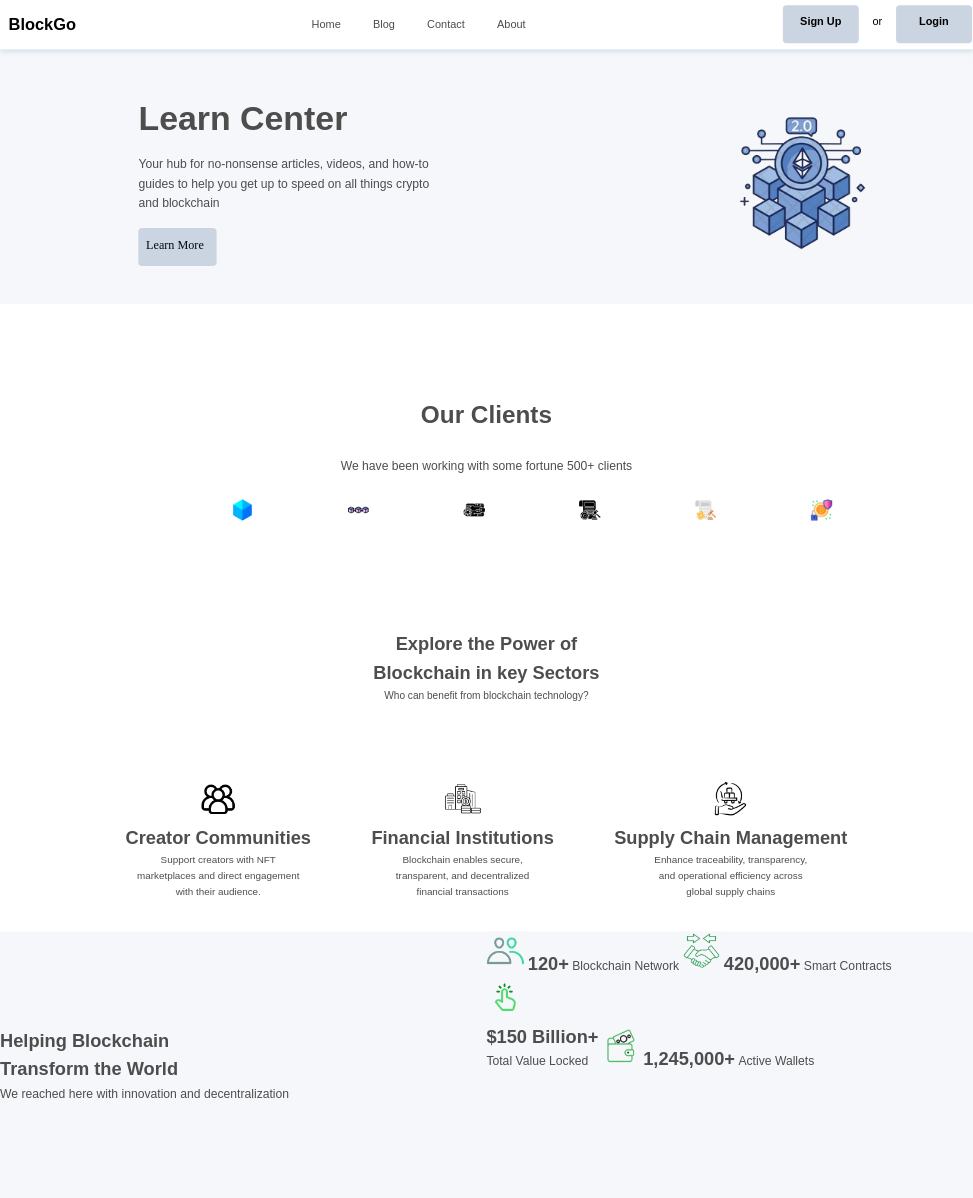
Repository: Tafsirul555/Assignment
Page: Assignment1.html
These files come from the project's save history. The page is drawn as it stood at one moment and after the next save; the edit follows.
The browser window is 1280 px wide. The pictures show the whole page, at 76% of full size.

Above is the page before, as saved 2025-06-09 01:58:57.

After the next save:
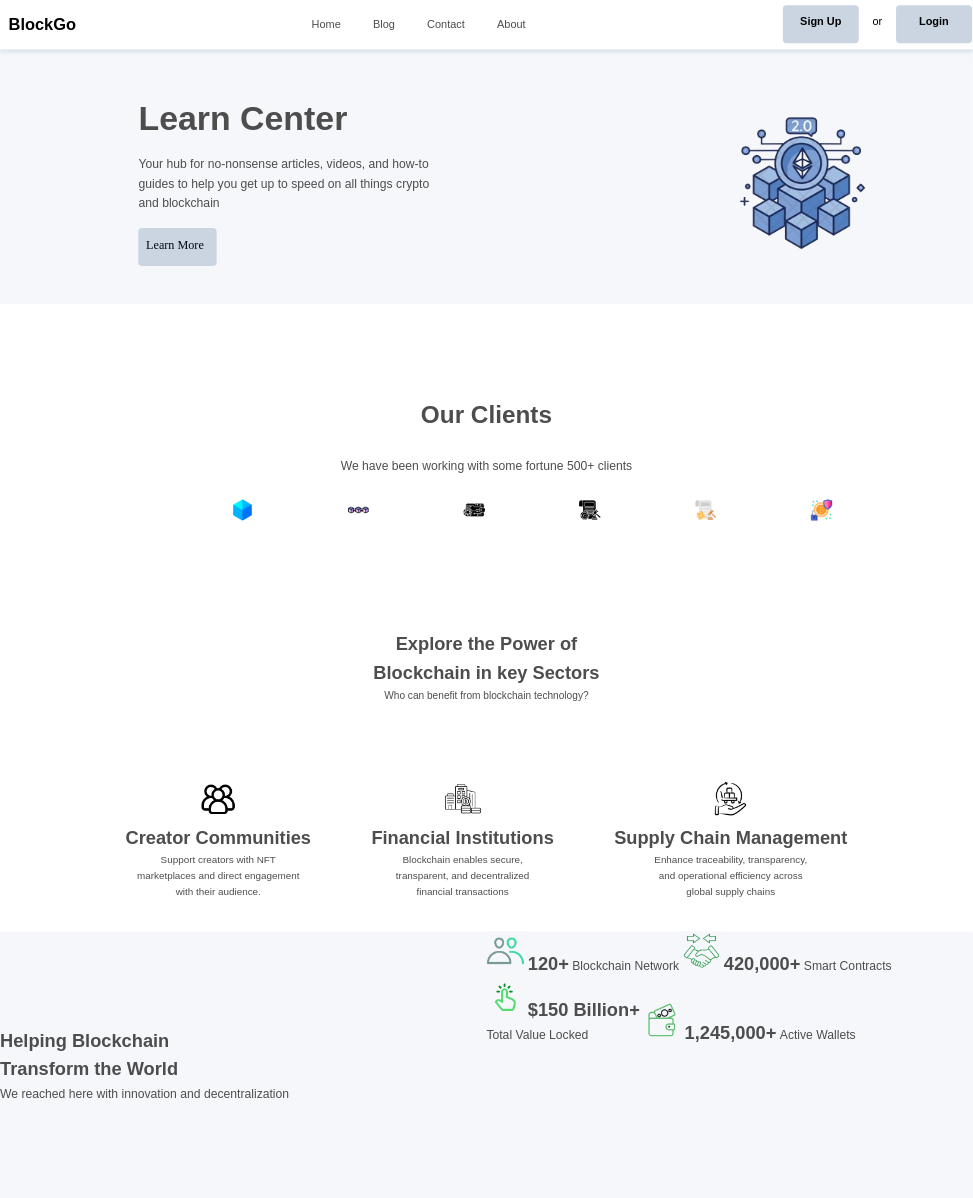
Saved 31 s later.
--- a/Assignment1.css
+++ b/Assignment1.css
@@ -345,7 +345,7 @@ article img{
 
 }
 
-.figure-tvl h2{
+.figure-tvl p{
     display: block;
 }
 
